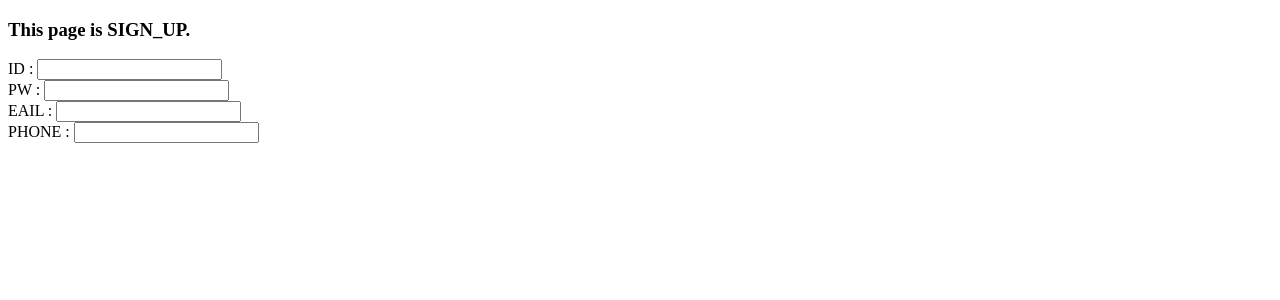
Repository: jjonggu/springMVC_STS
Page: http://localhost/ch08_pjt_01/signUp
An editor plug-in stored every save of this project. The page is shown before and after the next save, followed by the edit.
The browser window is 1280 px wide. The pictures show the whole page.
The page is served by Tomcat 9.

Above is the page before, as saved 2024-01-30 02:30:02.

After the next save:
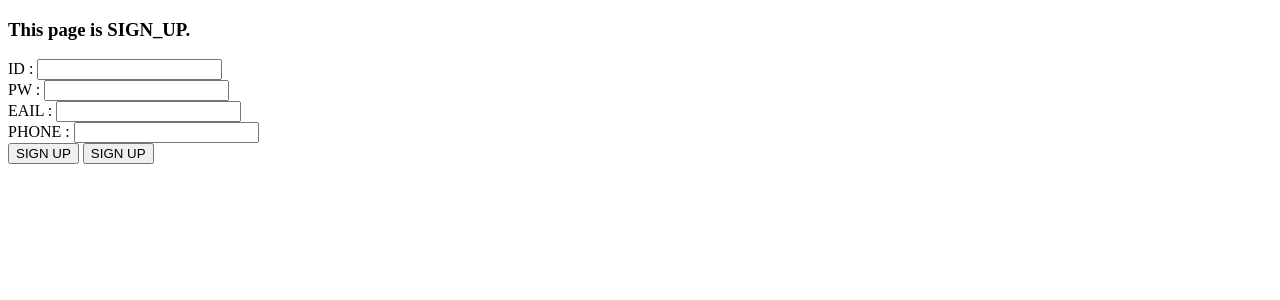
Saved 35 s later.
--- a/ch08_pjt_01/src/main/webapp/WEB-INF/views/sign_up.jsp
+++ b/ch08_pjt_01/src/main/webapp/WEB-INF/views/sign_up.jsp
@@ -15,7 +15,8 @@
 	   PW : <input type="text" name="m_pw"><br/>
 	 EAIL : <input type="text" name="m_email"><br/>
 	PHONE : <input type="text" name="m_phone"><br/>
-
+	<input type ="submit" value="SIGN UP"/>
+	<input type ="submit" value="SIGN UP"/>
 	</form>
 
 </body>
